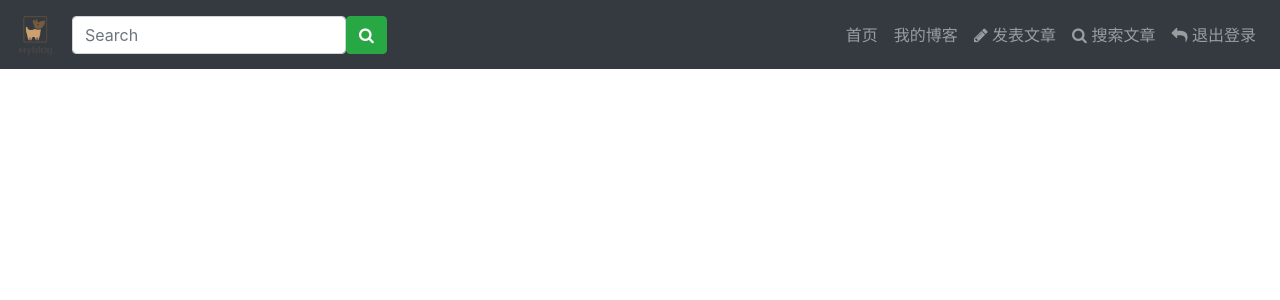
Repository: DHUAVH/Blog
Page: navigation.html
The author's editor kept a copy of each file at every save. The page is drawn from the files as they stood at one save, then again after the next save.
The browser window is 1280 px wide. The pictures show the whole page.
Some web libraries are served in a nearby version.

Above is the page before, as saved 2020-11-06 22:50:50.

### navigation.html
<!DOCTYPE html>
<html lang="en">
<head>
   <meta charset="UTF-8">
   <meta name="viewport" content="width=device-width, initial-scale=1.0">
   <link rel="stylesheet" href="https://cdn.staticfile.org/twitter-bootstrap/4.3.1/css/bootstrap.min.css">
   <link rel="stylesheet" href="https://cdn.staticfile.org/font-awesome/4.7.0/css/font-awesome.css">
   <script src="https://cdn.staticfile.org/jquery/3.2.1/jquery.min.js"></script>
   <script src="https://cdn.staticfile.org/popper.js/1.15.0/umd/popper.min.js"></script>
   <script src="https://cdn.staticfile.org/twitter-bootstrap/4.3.1/js/bootstrap.min.js"></script>
   <title>navigation</title>
</head>

<body>
   <nav class="navbar navbar-expand-sm bg-dark navbar-dark">
      <!-- Brand/logo -->
      <a class="navbar-brand" href="#">
         <img src="logo.png" alt="logo" style="width: 40px;">
      </a>

      <!--导航栏中表单和按钮-->
         <form action="">
         <div class="form-inline">
            <input class="form-control" type="text" placeholder="Search">
            <button class="btn btn-success" type="submit"><i class="fa fa-search"></i></button>
         </div>
      </form>

      <ul class="navbar-nav ml-auto">
         <li class="nav-item">
            <a class="nav-link" href="index.php">首页</a>
         </li>
         <li class="nav-item">
            <a class="nav-link" href="index.php">我的博客</a>
         </li>
         <li class="nav-item">
            <a class="nav-link" href="add.php"><i class="fa fa-pencil"></i> 发表文章</a>
         </li>
         <li class="nav-item">
            <a class="nav-link" href=show.php><i class="fa fa-search"></i> 搜索文章</a>
         </li>
         <li class="nav-item">
            <a class="nav-link" href="login.php"><i class="fa fa-reply"></i> 退出登录</a>
         </li>
      </ul>
   </nav>
</body>
</html>

After the next save:
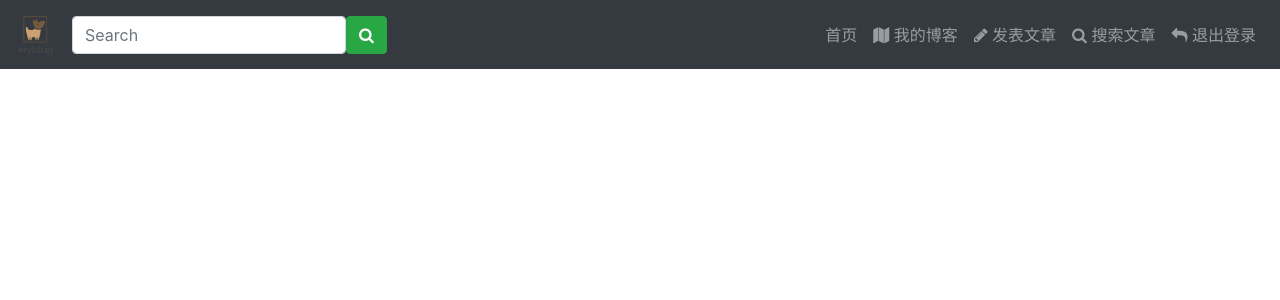
Saved 39 s later.
--- a/navigation.html
+++ b/navigation.html
@@ -31,7 +31,7 @@
             <a class="nav-link" href="index.php">首页</a>
          </li>
          <li class="nav-item">
-            <a class="nav-link" href="index.php">我的博客</a>
+            <a class="nav-link" href="index.php"><i class="fa fa-map"></i> 我的博客</a>
          </li>
          <li class="nav-item">
             <a class="nav-link" href="add.php"><i class="fa fa-pencil"></i> 发表文章</a>
